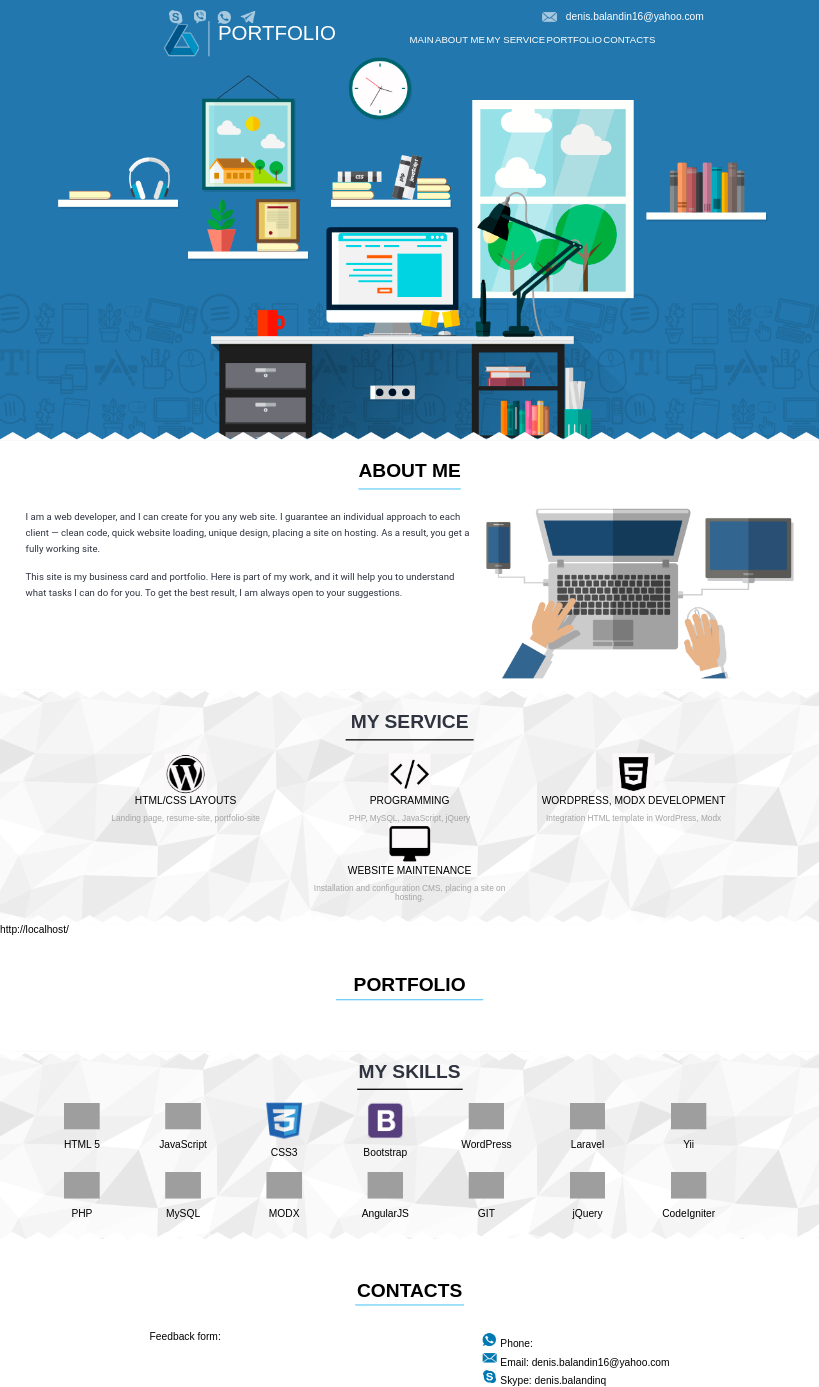
Repository: DenisBalandin/Portfolio
Page: /
The author's editor kept a copy of each file at every save. The page is drawn from the files as they stood at one save, then again after a run of saves.
The browser window is 1280 px wide. The pictures show the whole page, at 64% of full size.
Pictures or frames that could not be fetched are drawn as grey boxes. The page's requests for data from a server got no answer. The project was rebuilt for these pictures with package versions that can differ from the ones it lists, and the page was loaded fresh each time. No one was signed in, and anything a server would have sent is missing. Also part of the build but not shown: src/ItemPage.js.

Above is the page before, as saved 2020-03-06 19:08:30.

### src/App.js
import React from 'react';
import './style.scss';
import ItemPage from './ItemPage';
import Home from './Home';
import Header from './Header';


import {BrowserRouter as Router,Route, Link} from 'react-router-dom';

function App(){
  return (
    <Router>
      <Header/>
      <Route exact path="/pageitem" component={ItemPage} />

      <Route exact path="/pageitem/:itemid" component={ItemPage} />
      <Route exact path="/" component={Home} />
    </Router>
  );
}

export default App;

### src/style.scss
*{padding: 0; margin: 0;}
body{font-family: Arial; min-width: 500px; }
a{text-decoration: none; color: #FFFFFF; text-decoration: none;}
li{list-style: none;}



/* Heder */
#first_page_bg{
    width:100%;
    height: 70%;
    background: #2277ae;
    header{
        width: 60%;
        margin: 0 auto 0 auto;
        .up_menu_links{
            display: flex;
            justify-content: space-between;
           padding: 2% 0 0 0;
            .social_link{
                width: 30%;
                a{
                    margin: 0 3% 0 3%;
                }
            }
            .email_heder{
                width: 23%;
                span{
                    position: absolute;
                    margin: 0.2% 0 0 1%;
                }
            }
        }

        menu{
            display: flex;
           justify-content: space-between;
           width: 100%!important;
            .logo{
                width: 35%;
                display: flex;
                img{
                    width: 100%;
                   margin: -10% 0 10% 0;
                }
                .company_name{
                    // margin: 0.3% 0 0 5%;
                    // height: 90%;
                    padding: 0 0 0 5%;

                    border-left: #FFFFFF 1px solid;
                    font-size: 2.5vw;
                    height: 100%;
                    vertical-align: middle;
                }
            }
            .menu_heder{
                padding: 1.2% 0 0 0;
                width: 50%;
                display: flex;
                justify-content: space-between;
                font-size: 15px;
            }


        }
    }

}





// .menu div{ margin: -1px 5px 0 5px; color:#ffffff; font-size: 17px;  display: flex;
//     flex-direction:row;
//     flex-wrap: wrap;
//     justify-content: center;}
// .menu div a{color:#ffffff; font-size: 20px;}
/*Top menu end*/
/*Heder end*/

/*Page*/
#first_page_bg_single{ width: 100%; height: 195px; background: #2277ae; padding:0px 0 0 0; overflow: hidden;}
.bg_page_insaide_page{width: 100%; background: url("img/pattop1.png") repeat-x; height: 230px; position: relative; z-index:5;}
.deltatop_page_page{width: 100%; background: url("img/deltatop.png") repeat-x; height: 14px; position: relative; z-index: 20; margin: -13px 0 0 0;}
#content_page{
    max-width: 1200px;
    margin: 30px auto 0px auto;
    display: flex;
    flex-wrap: wrap;
    flex-direction: row;
    justify-content: space-around;
}
.content_pageh1{
    font-size: 30px;
    text-transform: uppercase;
    text-align: center;
    font-weight: bold;
    position: relative;
    margin-bottom: 30px;
    color:#303440;
    text-decoration: underline;
    padding: 40px 0 10px 0;
}
#content_page img{
    width: 100%;
    height: auto;
}
/*Page end*/
.order_site{float: right; margin: 15px 0 0 20px; width: 178px; height: 30px; border: 1px solid #6ca6cd; text-align: center; color: #ffffff; padding: 10px 0 0 0; font-size: 14px; box-shadow: 9px 8px 4px -7px #2277ae; }
.order_site:hover{background: #0298cc; cursor: pointer;}
.company_name{
    color: #ffffff;
    font-size: 45px;
    margin: -10px 0 0 15px;
}
.company_name a{color: #FFFFFF;}
.company_name a:hover{color: #FFFFFF; text-decoration: none;}
.logo_border{
    width: 1px; height: 50px; background: #FFFFFF; margin: 0 10px 0 25px;
}
.content_description{
    max-width: 750px;
    height: 60px;
    float: left;
    font-size: 14px;
    color: #303440;
    margin: 0 0px 0 0;
}
.tools{ font-size: 15px; color: #303440; padding: 0 0 0 0px; }
.content_link{font-size: 15px; color: #303440; margin:0px 0 20px 0;}
.content_link a{color: #303440; text-decoration: underline;}
.content_link a:hover{text-decoration: none;}
.content_text{
    width: 80%;
    background: #fff;
    border: 1px solid #59759b;
    overflow: hidden;
    margin: 0 auto 0 auto;
}
.content_text img{
    width: 100%!important;
    height: 50%!important;
}
.web_line{ background:url("img/web_line.jpg")no-repeat;  display: inline-block; height: 69px; max-width: 1150px; margin: 0 0 -5px 0; border-right: 1px solid #59759b; border-left: 1px solid #59759b; border-top: 1px solid #59759b;}
.content_url{float: left; margin: 40px 0 0 160px;}
.content_url a{color: #585353;}
/*Links end*/
.flex-container {
    display: flex;
    flex-direction:  row-reverse;
}
/*Top Menu*/
.heder_menu{
    display: flex;
}
.top_menu{
    margin: 20px 0;
    display: flex;
    flex-direction:row;
}
/*Page bg*/
.page_bg{
    margin: -10px auto 0 auto;
}
.bg_page_insaide{width: 100%; background: url("img/pattop.png") repeat-x;  position: relative; z-index:5; background-position: bottom;
    display: flex;
    flex-direction: column;
}
.bg_page_insaide_single{width: 100%; margin: 15px 0 0 0; background: url("img/pattop.png") repeat-x; height: 130px; position: relative; z-index:5;}
.deltatop_page{width: 100%; background: url("img/deltatop.png") repeat-x; height: 14px; position: relative; z-index: 20; margin: -14px 0 0 0;}
/*Page bg end*/

/*About me*/
#about_me{
    max-width: 1200px;
    margin:  30px auto 70px auto;
}
#about_me h1{
    font-size: 30px;
    text-transform: uppercase;
    margin: 0 auto 30px auto;
    font-weight: bold;
    position: relative;
    border-bottom: 2px solid #6dcff6;
    width: 160px;
    padding: 0 0 10px 0;
}
#about_me p{    box-sizing: border-box;
    font: 15px "Roboto";
    line-height: 25px;
    color: #303440; margin: 20px 0 13px 0;}
#about_me img{
    padding: 0 0 0 20px;
    margin: 0 0 20px 0;
}
/*About me end*/

/*My Service*/
#my_service_bg{
    height: 100%;
    background: url("img/bgdelta.png") repeat-x;
}
.my_service_line_top{
    width: 100%;
    height: 14px;
    background: url("img/deltabottom.png") repeat-x;
}
.my_service_line_bottom{
    width: 100%;
    height: 14px;
    background: url("img/deltatop.png") repeat-x;
}
#my_service{
    max-width: 1500px;
    margin: 0px auto 20px auto;
    display: flex;
    flex-direction:row;
    flex-wrap: wrap;
    justify-content: center;

}
#my_service_bg h3{
    font-size: 30px;
    text-transform: uppercase;
    font-weight: bold;
    color: #303440;
    width: 200px;
    text-align: center;
    margin: 20px auto 20px auto;
    border-bottom: 2px #000000 solid;
    padding: 0 0 10px 0;
}
#my_service div{
    display: flex;
    flex-direction:column;
    flex-wrap: wrap;
    justify-content: center;
}
#my_service div img{
    margin:  0 auto 0 auto;
}
.text_1{
    text-align: center;
    padding: 0 25px 0 25px;
    font-size: 1em;
}
.text_2{
    text-align: center;
    padding: 0 25px 0 25px;
    color:#a4a4a4;
    font-size: 5em;
    width: 300px;
}
/*My service end*/

/*Portfolio*/
#portfolio{
    max-width: 1200px;
    margin: 0 auto 40px auto;
    display: flex;
    flex-direction:row;
    flex-wrap: wrap;
    justify-content: center;
}
.portfolioh3{
    font-size: 30px;
    text-transform: uppercase;
    text-align: center;
    font-weight: bold;
    position: relative;
    border-bottom: 2px solid #6dcff6;
    width: 230px;
    margin: 60px auto 40px auto;
    padding: 0 0 5px 0;
}
#portfolio .portfolioblock{
    border: 1px solid #bfd2e1;
    width: 368px;
    margin: 10px;
    box-shadow: 5px 5px 4px -5px #000000;
}
#portfolio div img{
    margin: -12px 0 0px 0;
    display: inline-block;
}
.p_name{
    background:#2d7eb2;
    text-align: center;
    height: 40px;
    opacity: 0.8;
    padding: 2px 20px;
    margin: 0 auto 0 auto;
}
.p_name a{
    font-size: 20px;
    color: #ffffff;
}
.p_name:hover{
    text-decoration: none;
}
/*Portfolio end*/

/*Content blog*/
#content_blog{ max-width: 1200px;  margin: 0 auto 40px auto; min-height: 300px;}
/*Content blog end*/



/*I used*/
#my_skils_bg{
    width: 100%;
    height: 100%;
    background: url("img/bgdelta.png") repeat-x;
    margin: 0 0 40px 0;
}
.my_skils_line_top{
    width: 100%;
    height: 14px;
    background: url("img/deltabottom.png") repeat-x;
}
.my_skils_line_bottom{
    width: 100%;
    height: 14px;
    background: url("img/deltatop.png") repeat-x;
}
#my_skils{
    max-width: 1200px;
    margin: 10px auto 0px auto;
    display: flex;
    flex-direction:row;
    flex-wrap: wrap;
}
#my_skils div img{}
.my_skillsh3{
    font-size: 30px;
    text-transform: uppercase;
    font-weight: bold;
    color: #303440;
    width: 165px;
    text-align: center;
    margin: 0 auto 20px auto;
    border-bottom: 2px #000000 solid;
    padding: 0 0 10px 0;
}
#my_skils div{ width: 140px; text-align: center; margin: 0 0 20px 18px;}
#my_skils div img{margin: 0 0 10px 0; width:40%;}
.about_me_img{}
.text_1{ text-align: center;}
.text_2{ text-align: center; margin: 10px 0 0 0; color:#a4a4a4; font-size: 13px;}
/*I used end*/

/*Portfolio*/
.contactsh3{
    font-size: 30px;
    text-transform: uppercase;
    text-align: center;
    font-weight: bold;
    position: relative;
    border-bottom: 2px solid #6dcff6;
    width: 170px;
    margin: 60px auto 40px auto;
    padding: 0 0 5px 0;
}
#contacts{
    max-width: 1200px;
    margin: 0 auto 0px auto;
    display: flex;
    flex-direction:row;
    flex-wrap: wrap;
    justify-content: space-around;
}
.formcont{ margin: 0 20px 0 0;}
.formcont input{border: 1px solid #dddddd; margin: 10px 0 10px 0; width: 250px; height: 30px; color: #666666; padding: 0 0 0 10px;}
.formcont textarea{border: 1px solid #dddddd; margin: 10px 0 10px 0; width: 410px; height: 70px; color: #666666; padding: 15px 0 0 10px;}
.formcont button{ background:#0298cc; height: 40px; width: 180px; color: #ffffff; font-size: 18px; border: 1px solid #6ca6cd; cursor: pointer;}
.formcont button:hover{ background:#2277ae;}
/*Portfolio end*/

/*Footer*/
#footer_bg{background: #2277ae; width: 100%; height: 100px; margin: 50px 0 0 0; }
#footer{max-width: 1200px;  margin: 10px auto 0px auto; height: 50px;}
.copyright{ color: #ffffff; margin: 25px 0 0 10px;}
.footermenu{ margin: 25px 0 0 0;}
.footermenu li{float: left; font-size: 14px; margin: 0 10px 0 10px; color: #ffffff; border-bottom: 1px solid #ffffff;}
.footermenu li:hover{border-bottom: 1px solid #2277ae;}
/*footer end*/


@media all and (max-width: 900px) {
    #my_service div img {
        width: 0%;
    }

    #about_me p img {
        width: 0%;
    }

    #my_skils div img {
        width: 0% !important;
    }

    #my_skils{
        justify-content: space-around!important;
    }
    #my_skils div{
        margin: 0 !important;
    }
    .top_menu{
        display: none!important;
    }
    .menu{
        margin: 10px 0 40px 0!important;
        justify-content: space-around !important;
    }
    #about_me p{
        padding: 0 30px 0 30px!important;
    }
}

### src/Home.js
import React,{Component} from 'react';
import AboutMe from './AboutMe';
import MyService from './MyService';
import MySkills from './MySkills';
import Contacts from './Contacts';
import Portfolio from './Portfolio';
import {BrowserRouter as Router,Route, Link} from 'react-router-dom';


class Home extends Component{
    render(){
        return(
            <div>
                <Router>
                    <AboutMe/>
                    <MyService/>
                    <Portfolio/>
                    <MySkills/>
                    <Contacts/>
                </Router>
            </div>
        );
    }
}
export default Home;

### src/Header.js
import React from 'react';
import skype from './img/skype_icon.jpg';
import viber from './img/viber_icon.jpg';
import whatsap from './img/whatsap.jpg';
import telegram from './img/telegram.jpg';
import email from './img/email.jpg';
import logo from './img/logo.png';
import background from './img/background.png';


function Header(){
    return(
        <div id="first_page_bg" >
        {/* <!--Links--> */}
            <header>
            <div className="up_menu_links">
                <div className="social_link">
                    <a href="#"><img src={skype}/></a>
                    <a href="#"><img src={viber}/></a>
                    <a href="#"><img src={whatsap}/></a>
                    <a href="#"><img src={telegram}/></a>
                </div>
                <div className="email_heder">
                    <a href="#">
                        <img src={email}/>
                        <span>denis.balandin16@yahoo.com</span>
                    </a>
                </div>
            </div>
            {/* <!--Links end--> */}
            {/* <!--Menu--> */}
            <menu>
                <div className="logo">
                    <div>
                        <a href="/">
                        <img src={logo} />
                        </a>
                    </div>
                    <div className="company_name">
                        <a href="/">PORTFOLIO</a>
                    </div>
                </div>




                <div className="menu_heder">
                    <div>
                        <a href="/">MAIN</a>
                    </div>
                    <div>
                        <a href="#about_me">ABOUT ME</a>
                    </div>
                    <div>
                        <a href="#my_service">MY SERVICE</a>
                    </div>
                    <div>
                        <a href="#portfolio">PORTFOLIO</a>
                    </div>
                    <div>
                        <a href="#contacts">CONTACTS</a>
                    </div>
                </div>
            </menu>
            {/* <!--Menu end--> */}
        </header>
        <div className="bg_page_insaide">
            <div className="page_bg">
                <img src={background} width="100%" />
            </div>
        </div>
        <div className="deltatop_page"></div>
    </div>
    );
}
export default Header;

### src/AboutMe.js
import React from 'react';
import aboutme from './img/aboutme.png';

function AboutMe(){
    return(
        <div id="about_me">
            <h1>ABOUT ME</h1>
            <p>
                <img className="about_me_img" align="right" src={aboutme} width="40%"/>
                I am a web developer, and I can create for you any web site. I guarantee an individual approach to each client — clean code, quick website loading, unique design, placing a site on hosting. As a result, you get a fully working site.
            </p>
            <p>
                This site is my business card and portfolio. Here is part of my work, and it will help you to understand what tasks I can do for you. To get the best result, I am always open to your suggestions.
            </p>
            <br/><br/><br/>
        </div>
    );
}
export default AboutMe;

### src/MyService.js
import React from 'react';
import wordpress from './img/wordpress_icon.jpg';
import teg from './img/teg.jpg';
import html5 from './img/hml5_icon.jpg';
import monitor from './img/monitor.jpg';

function MyService(){
    return(
        <div id="my_service_bg">
        <div className="my_service_line_top"></div>
          <h3>MY SERVICE</h3>
        <div id="my_service">
            <div>
              <img src={wordpress} />
              <div className="text_1">HTML/CSS LAYOUTS</div>
              <div className="text_2">Landing page, resume-site, portfolio-site</div>
            </div>
            <div>
              <img  src={teg} />
              <div className="text_1">PROGRAMMING</div>
              <div className="text_2">PHP, MySQL, JavaScript, jQuery</div>
            </div>
            <div>
              <img src={html5}/>
              <div className="text_1">WORDPRESS, MODX DEVELOPMENT</div>
              <div className="text_2">Integration HTML template in WordPress, Modx</div>
            </div>
            <div>
              <img src={monitor}/>
              <div className="text_1">WEBSITE MAINTENANCE</div>
              <div className="text_2">Installation and configuration CMS, placing a site on hosting.</div>
            </div>
        </div>
        <div className="my_service_line_bottom"></div>
      </div>
    );
}
export default MyService;

### src/MySkills.js
import React from 'react';
import css3 from './img/css3.png';
import bootstrap from './img/bootstrap.png';

function MySkills(){
    return(
        <div id="my_skils_bg">
            <div className="my_skils_line_top"></div>
            <h3 className="my_skillsh3">My Skills</h3>
            <div id="my_skils">
                <div>
                    <img src="<?php bloginfo('template_directory'); ?>/img/html5.png" />
                    <p>HTML 5</p>
                </div>
                <div>
                    <img src="<?php bloginfo('template_directory'); ?>/img/js.png"/>
                    <p>JavaScript</p>
                </div>
                <div><img src={css3}/> <p>CSS3</p></div>
                <div><img src={bootstrap}/><p>Bootstrap</p></div>
                <div><img src="<?php bloginfo('template_directory'); ?>/img/wordpress.png"/><p>WordPress</p></div>
                <div><img src="<?php bloginfo('template_directory'); ?>/img/laravel.png"/><p>Laravel</p></div>
                <div><img src="<?php bloginfo('template_directory'); ?>/img/yii.png"/><p>Yii</p></div>
                <div><img src="<?php bloginfo('template_directory'); ?>/img/php.png"/><p>PHP</p></div>
                <div><img src="<?php bloginfo('template_directory'); ?>/img/mysql.png"/><p>MySQL</p></div>
                <div><img src="<?php bloginfo('template_directory'); ?>/img/modx.png"/><p>MODX</p></div>
                <div><img src="<?php bloginfo('template_directory'); ?>/img/angular.png"/><p>AngularJS</p></div>
                <div><img src="<?php bloginfo('template_directory'); ?>/img/git.png"/><p>GIT</p></div>
                <div><img src="<?php bloginfo('template_directory'); ?>/img/jquery.png"/><p>jQuery</p></div>
                <div><img src="<?php bloginfo('template_directory'); ?>/img/codeigniter.png"/><p>CodeIgniter</p></div>
            </div>
            <div className="my_service_line_bottom"></div>
        </div>
    );
}
export default MySkills;

### src/Contacts.js
import React from 'react';
import skype_cont from './img/skype_cont.jpg';
import mail_cont from './img/mail_cont.jpg';
import phone_cont from './img/phone_cont.png';

function Contacts(){
    return(
        <>
            <h3 className="contactsh3">CONTACTS</h3>
            <div id="contacts">
                <div className="formcont">
                    <p>Feedback form:</p>

                </div>
                <div className="contacts">
                    <div>
                    <img src={phone_cont}/> <span>Phone:</span>
                    </div>
                    <div>
                    <img src={mail_cont}/> <span>Email: denis.balandin16@yahoo.com  </span>
                    </div>
                    <div>
                    <img src={skype_cont}/> <span>Skype: denis.balandinq </span>
                    </div>
                </div>
            </div>
        </>
    );
}
export default Contacts;

### src/Portfolio.js
import React,{Component} from 'react';
import portfolioicon from './img/portfolioicon.jpg';
import { db } from "./firebase";
import ReactHtmlParser, { processNodes, convertNodeToElement, htmlparser2 } from 'react-html-parser';
import {BrowserRouter as Router,Route, Link} from 'react-router-dom';

class Portfolio extends Component{
    constructor(props){
        super(props);
        this.state = {
            pages:[]
        }
    }
    componentDidMount(){
        this.getFetch();
    }
    getFetch = () => {
        // db.collection("messages")
        // .get()
        // .then(querySnapshot => {
        //     let fullArray = [];
        //     const data = querySnapshot.docs.map(doc => doc.data());
        //     for(var int = 0; int < data.length; int++){
        //         fullArray[int] = {
        //             name: data[int].name,
        //             date:data[int].date,
        //             check:data[int].check,
        //             id: querySnapshot.docs[int].id,
        //         }
        //     }
        //     this.setState({ users: fullArray });
        // });
        fetch('http://testwoo/wp-json/wp/v2/posts')
        .then(response => response.json())
        .then(
            result => this.setState({
                pages:result
            })
        );
    }

    render(){
       return(
           <>
           {window.location.href}
            {/* <Route exact path="/"  component={Home}/> */}
            <h3 className="portfolioh3">PORTFOLIO</h3>
            <div id="portfolio">
                {this.state.pages.map((page, index)=>
                    <div className="portfolioblock">
                        {/* <Link to={`/pageitem/${page.id}`}>
                            <img src={portfolioicon}  width="368"/>
                            { ReactHtmlParser(page.excerpt.rendered)}
                        </Link>
                        <div className="p_name">
                            <a href="/pexuniverse/">{page.title.rendered}</a>
                        </div> */}
                    </div>
                )}


            </div>
        </>
       );
   }
}
export default Portfolio;

### src/firebase.js
import firebase from 'firebase';

const firebaseApp = firebase.initializeApp({
    apiKey: "AIzaSyBH21wpMVzXC2kYGnD8x1tI6ru-zdWNAqs",
    authDomain: "test-4ba23.firebaseapp.com",
    databaseURL: "https://test-4ba23.firebaseio.com",
    projectId: "test-4ba23",
    storageBucket: "test-4ba23.appspot.com",
    messagingSenderId: "597606478464",
    appId: "1:597606478464:web:6e48455407186638df2c65",
    measurementId: "G-NDR2C185V9"
});

const db = firebaseApp.firestore();

export {db};

Loaded but not shown: public/index.html (common file); src/index.js (common file); src/index.css (common file); src/serviceWorker.js (common file)

After the next 2 saves:
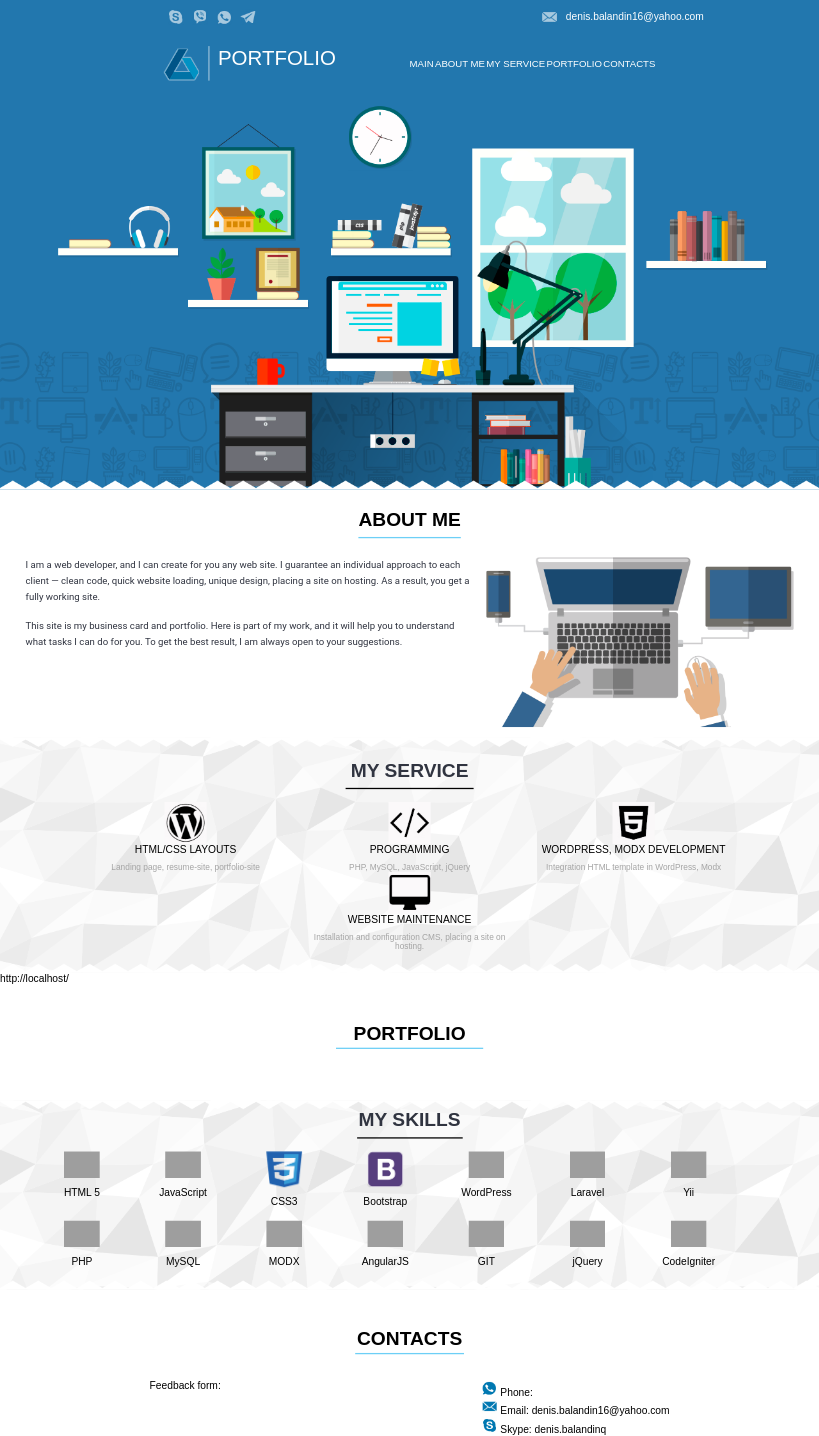
The 2 saves are shown as one change because 1 did not build or start.
The last was saved 24 s later.
--- a/src/style.scss
+++ b/src/style.scss
@@ -33,9 +33,10 @@
         }
 
         menu{
+            margin:5% 0 5% 0;
             display: flex;
            justify-content: space-between;
-           width: 100%!important;
+           width: 100%;
             .logo{
                 width: 35%;
                 display: flex;
